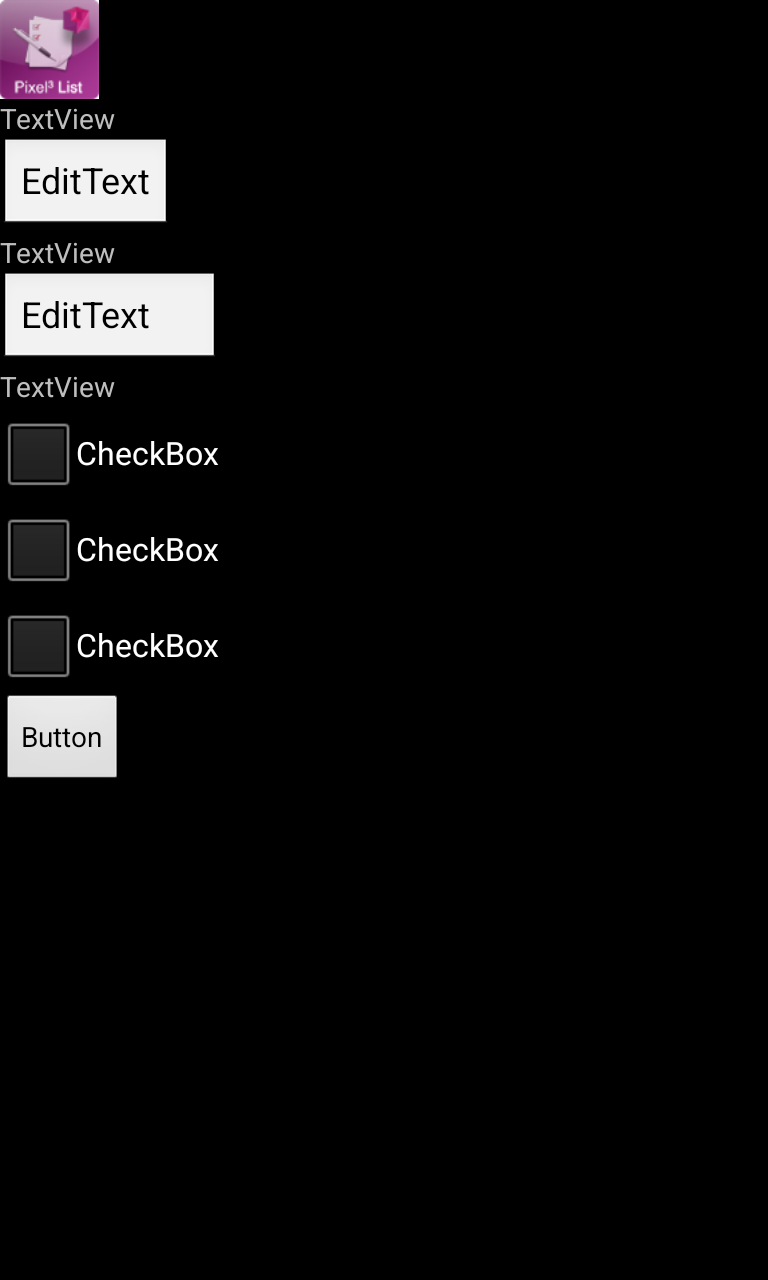
Repository: pixel3mobi/listaDigital
Layout: Pixel3List/res/layout/formaluno.xml
An editor plug-in stored every save of this project. The layout is shown before and after the next save, followed by the edit.
It is drawn on a 768 x 1280 px phone screen (xhdpi) without system bars, with theme android:Theme; the app's code is not run.

Above is the layout before, as saved 2011-03-22 12:29:38.

### Pixel3List/res/layout/formaluno.xml
<?xml version="1.0" encoding="utf-8"?>
<RelativeLayout
  xmlns:android="http://schemas.android.com/apk/res/android"
  android:layout_width="fill_parent"
  android:layout_height="fill_parent">
    <ImageView android:src="@drawable/icon" android:id="@+id/imageView1" android:layout_width="wrap_content" android:layout_height="wrap_content" android:layout_alignParentLeft="true"></ImageView>
    <ScrollView android:layout_below="@+id/imageView1" android:layout_width="wrap_content" android:layout_height="wrap_content" android:layout_alignLeft="@+id/imageView1">
	    <LinearLayout android:orientation="vertical"  android:id="@+id/linearLayout1" android:layout_width="wrap_content" android:layout_height="wrap_content">
	        <TextView android:text="TextView" android:id="@+id/textView1" android:layout_width="wrap_content" android:layout_height="wrap_content"></TextView>
	        <EditText android:layout_height="wrap_content" android:text="EditText" android:id="@+id/editText1" android:layout_width="wrap_content"></EditText>
	        <TextView android:text="TextView" android:id="@+id/textView2" android:layout_width="wrap_content" android:layout_height="wrap_content"></TextView>
	        <EditText android:layout_height="wrap_content" android:text="EditText" android:id="@+id/editText2" android:layout_width="fill_parent"></EditText>
	        <TextView android:text="TextView" android:id="@+id/textView3" android:layout_width="wrap_content" android:layout_height="wrap_content"></TextView>
	        <CheckBox android:text="CheckBox" android:id="@+id/checkBox1" android:layout_width="wrap_content" android:layout_height="wrap_content"></CheckBox>
	        <CheckBox android:text="CheckBox" android:id="@+id/checkBox2" android:layout_width="wrap_content" android:layout_height="wrap_content"></CheckBox>
	        <CheckBox android:text="CheckBox" android:id="@+id/checkBox3" android:layout_width="wrap_content" android:layout_height="wrap_content"></CheckBox>
	        <Button android:text="Button" android:id="@+id/button1" android:layout_width="wrap_content" android:layout_height="wrap_content"></Button>
	    </LinearLayout>
    </ScrollView>
</RelativeLayout>

After the next save:
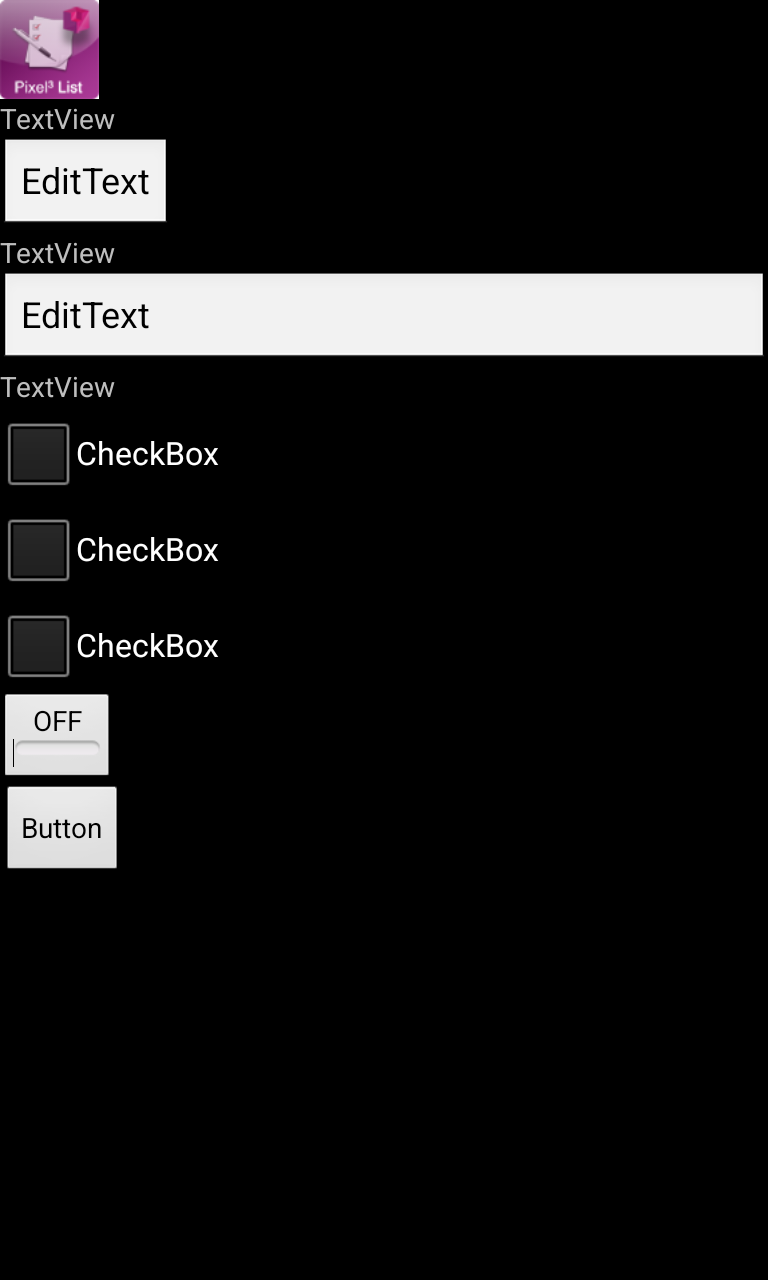
Saved 41 s later.
--- a/Pixel3List/res/layout/formaluno.xml
+++ b/Pixel3List/res/layout/formaluno.xml
@@ -4,8 +4,8 @@
   android:layout_width="fill_parent"
   android:layout_height="fill_parent">
     <ImageView android:src="@drawable/icon" android:id="@+id/imageView1" android:layout_width="wrap_content" android:layout_height="wrap_content" android:layout_alignParentLeft="true"></ImageView>
-    <ScrollView android:layout_below="@+id/imageView1" android:layout_width="wrap_content" android:layout_height="wrap_content" android:layout_alignLeft="@+id/imageView1">
-	    <LinearLayout android:orientation="vertical"  android:id="@+id/linearLayout1" android:layout_width="wrap_content" android:layout_height="wrap_content">
+    <ScrollView android:layout_below="@+id/imageView1" android:layout_width="fill_parent" android:layout_height="fill_parent" android:layout_alignLeft="@+id/imageView1">
+	    <LinearLayout android:orientation="vertical"  android:id="@+id/linearLayout1" android:layout_width="fill_parent" android:layout_height="fill_parent">
 	        <TextView android:text="TextView" android:id="@+id/textView1" android:layout_width="wrap_content" android:layout_height="wrap_content"></TextView>
 	        <EditText android:layout_height="wrap_content" android:text="EditText" android:id="@+id/editText1" android:layout_width="wrap_content"></EditText>
 	        <TextView android:text="TextView" android:id="@+id/textView2" android:layout_width="wrap_content" android:layout_height="wrap_content"></TextView>
@@ -14,6 +14,7 @@
 	        <CheckBox android:text="CheckBox" android:id="@+id/checkBox1" android:layout_width="wrap_content" android:layout_height="wrap_content"></CheckBox>
 	        <CheckBox android:text="CheckBox" android:id="@+id/checkBox2" android:layout_width="wrap_content" android:layout_height="wrap_content"></CheckBox>
 	        <CheckBox android:text="CheckBox" android:id="@+id/checkBox3" android:layout_width="wrap_content" android:layout_height="wrap_content"></CheckBox>
+	        <ToggleButton android:text="ToggleButton" android:id="@+id/toggleButton1" android:layout_width="wrap_content" android:layout_height="wrap_content"></ToggleButton>
 	        <Button android:text="Button" android:id="@+id/button1" android:layout_width="wrap_content" android:layout_height="wrap_content"></Button>
 	    </LinearLayout>
     </ScrollView>
